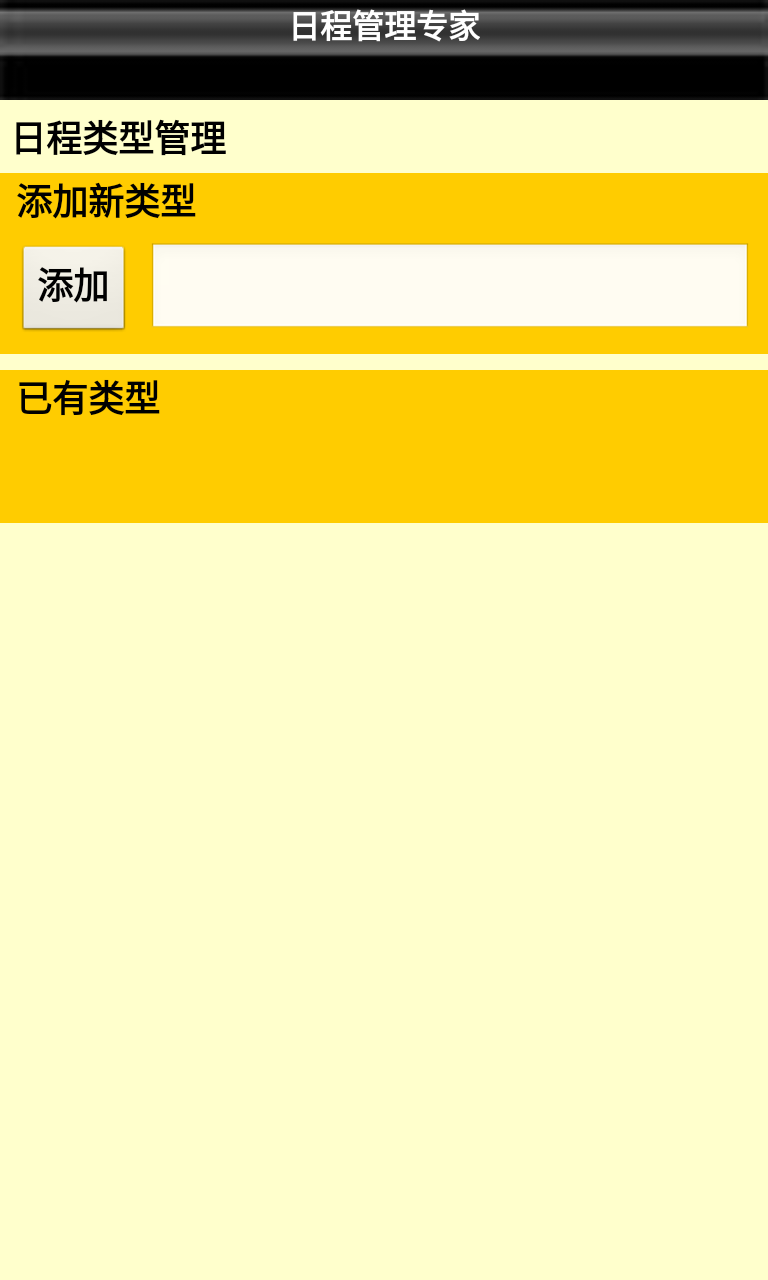
Repository: gogolaile/CoolWeather
Layout: DayDel/res/layout/add.xml
These files come from the project's save history. The layout is drawn as it stood at one moment and after the next save; the edit follows.
It is drawn on a 768 x 1280 px phone screen (xhdpi) without system bars, with theme android:Theme.NoTitleBar.Fullscreen; the app's code is not run. Lists and similar views that code fills are empty.

Above is the layout before, as saved 2015-12-05 10:06:00.

After the next save:
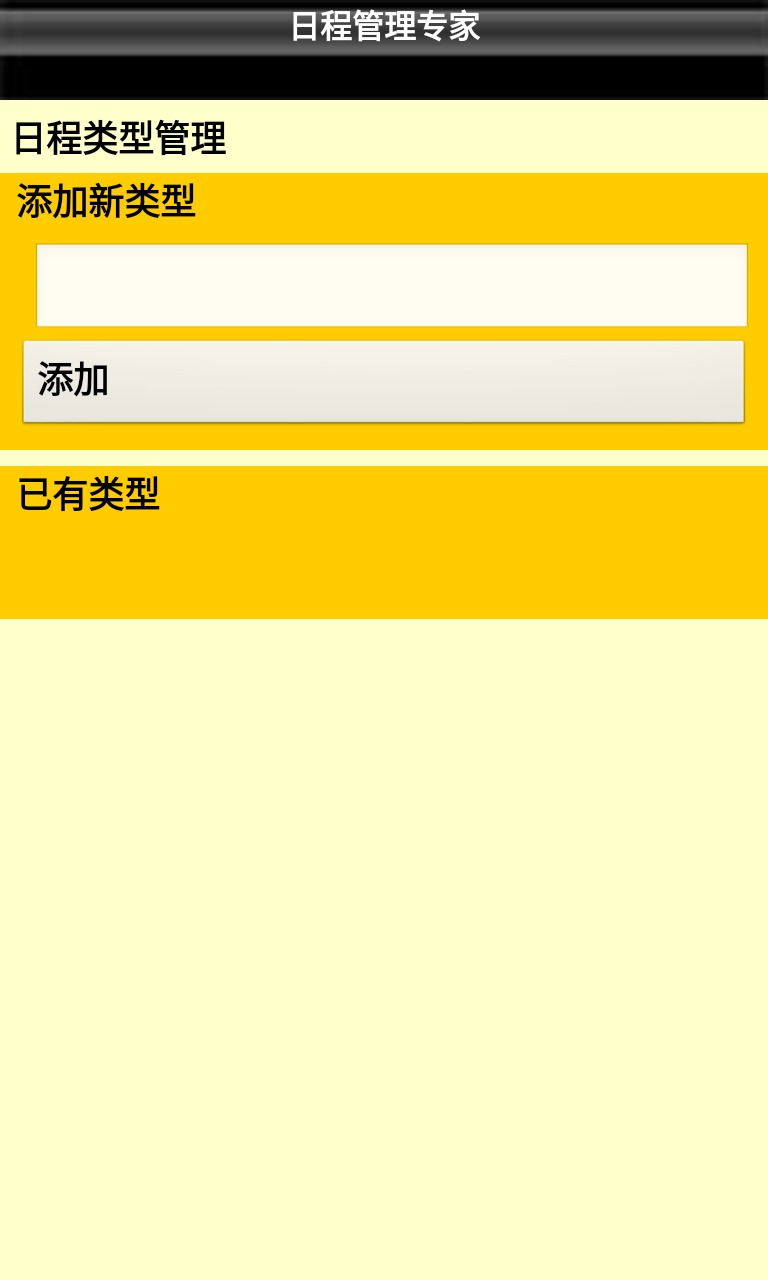
Saved 64 s later.
--- a/DayDel/res/layout/add.xml
+++ b/DayDel/res/layout/add.xml
@@ -40,12 +40,20 @@
            android:textSize="18sp"
            android:layout_marginLeft="8dp"
             />
-           <LinearLayout
+           <TableLayout
                       android:layout_width="match_parent"
                       android:layout_height="wrap_content"
                       android:layout_margin="8dp"
                       android:orientation="horizontal">
-                                          <Button
+                    <EditText
+                        android:id="@+id/add_type_edit"
+                        android:layout_width="match_parent"
+                        android:layout_height="wrap_content"
+                        android:textColor="#000"
+                        android:textStyle="bold"
+                        android:textSize="18sp"
+                        android:layout_marginLeft="8dp"/>
+                    <Button
                         android:id="@+id/add_type_button"
                         android:layout_width="wrap_content"
                         android:layout_height="wrap_content"
@@ -55,16 +63,8 @@
                         android:textSize="18sp"
                         android:gravity="left"
                       />
-                    <EditText
-                        android:id="@+id/add_type_edit"
-                        android:layout_width="match_parent"
-                        android:layout_height="wrap_content"
-                        android:textColor="#000"
-                        android:textStyle="bold"
-                        android:textSize="18sp"
-                        android:layout_marginLeft="8dp"/>
 
-              </LinearLayout>
+              </TableLayout>
      </LinearLayout>
            <LinearLayout
           android:layout_width="match_parent"
